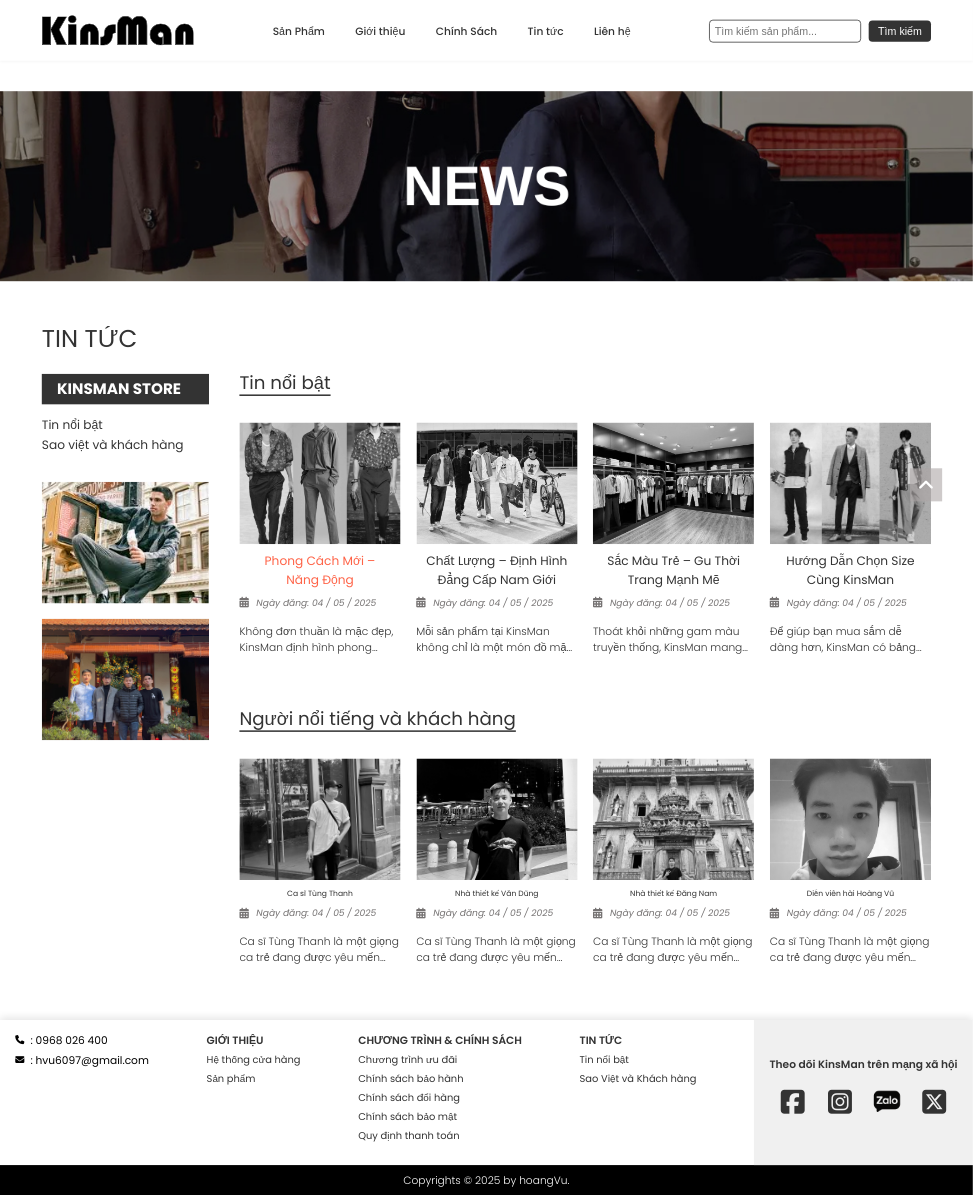
Repository: hoang28092000/kinsmanClothes
Page: category/news.html
An editor plug-in stored every save of this project. The page is shown before and after the next save, followed by the edit.
The browser window is 1280 px wide. The pictures show the whole page, at 76% of full size.
The pointer rests on the first visible `.name-news a`.

Above is the page before, as saved 2025-05-08 15:05:21.
Console error: TypeError: Cannot read properties of null (reading 'addEventListener')

### category/news.html
<!DOCTYPE html>
<html lang="en">
  <head>
    <meta charset="UTF-8" />
    <meta name="viewport" content="width=device-width, initial-scale=1.0" />
    <link rel="preconnect" href="https://fonts.googleapis.com" />
    <link rel="preconnect" href="https://fonts.gstatic.com" crossorigin />
    <link
      href="https://fonts.googleapis.com/css2?family=Poppins:ital,wght@0,100;0,200;0,300;0,400;0,500;0,600;0,700;0,800;0,900;1,100;1,200;1,300;1,400;1,500;1,600;1,700;1,800;1,900&display=swap"
      rel="stylesheet"
    />
    <link
      rel="stylesheet"
      href="https://cdnjs.cloudflare.com/ajax/libs/font-awesome/6.7.2/css/all.min.css"
      integrity="sha512-Evv84Mr4kqVGRNSgIGL/F/aIDqQb7xQ2vcrdIwxfjThSH8CSR7PBEakCr51Ck+w+/U6swU2Im1vVX0SVk9ABhg=="
      crossorigin="anonymous"
      referrerpolicy="no-referrer"
    />
    <link rel="stylesheet" href="../css/reset.css" />
    <link rel="stylesheet" href="../css/main.css" />
    <link rel="stylesheet" href="../css/product.css" />
    <title>KinsMan-Policy</title>
  </head>
  <body>
    <header class="header">
      <div class="container">
        <div class="content-header">
          <div class="logo">
            <a href="../index.html">
              <img
                src="../asset/logo/logo-kinsmann.svg"
                alt="KinsManClothes Logo"
              />
            </a>
          </div>
          <nav class="nav">
            <ul>
              <li><a href="./product.html">Sản Phẩm</a></li>
              <li><a href="./about-us.html">Giới thiệu</a></li>
              <li><a href="#">Chính Sách</a></li>
              <li><a href="./news.html">Tin tức</a></li>
              <li><a href="./contact.html">Liên hệ</a></li>
            </ul>
          </nav>
          <div class="search-box">
            <input type="text" placeholder="Tìm kiếm sản phẩm..." />
            <button type="submit">Tìm kiếm</button>
          </div>
        </div>
      </div>
    </header>

    <main class="main-news">
      <div class="banner-news">
        <img src="../asset/banner/banner-9.png" alt="" />
      </div>
      <div class="container">
        <h2 class="title-heading title-contact">TIN TỨC</h2>
        <div class="content-news">
          <div class="left">
            <h4>KINSMAN STORE</h4>
            <p>
              <a href="#featured-news">Tin nổi bật</a>
            </p>
            <p>
              <a href="#client">Sao việt và khách hàng</a>
            </p>
            <div class="mt40px">
              <div class="banner-left">
                <img src="../asset/image/md-1.jpg" alt="" />
              </div>
              <div class="banner-left">
                <img src="../asset/image/md-2.jpg" alt="" />
              </div>
            </div>
          </div>
          <div class="right">
            <div class="body-news" id="featured-news">
              <h3 class="blog-heading">Tin nổi bật</h3>
              <div class="list-news">
                <article class="card-news">
                  <a href="">
                    <div class="img-news">
                      <img src="../asset/image/news-4.png" alt="" />
                    </div>
                    <h3 class="name-news">
                      <a href=""> Phong Cách Mới – Năng Động </a>
                    </h3>
                  </a>
                  <div class="desc">
                    <div class="time-up">
                      <i class="fa-solid fa-calendar-days icon-time"></i>
                      <p class="desc-time">Ngày đăng: 04 / 05 / 2025</p>
                    </div>
                    <p class="desc_card-news">
                      Không đơn thuần là mặc đẹp, KinsMan định hình phong cách
                      mới cho nam giới hiện đại: trẻ trung, khỏe khoắn và luôn
                      sẵn sàng bứt phá. Từ áo thun basic đến sơ mi phối phá
                      cách, mọi thiết kế đều hướng tới sự năng động trong từng
                      chi tiết. Đặc biệt phù hợp với những chàng trai thích sự
                      đơn giản nhưng vẫn “ăn điểm” trước đám đông.
                    </p>
                  </div>
                </article>
                <article class="card-news">
                  <a href="">
                    <div class="img-news">
                      <img src="../asset/image/news-2.webp" alt="" />
                    </div>
                    <h3 class="name-news">
                      <a href=""> Chất Lượng – Định Hình Đẳng Cấp Nam Giới </a>
                    </h3>
                  </a>
                  <div class="desc">
                    <div class="time-up">
                      <i class="fa-solid fa-calendar-days icon-time"></i>
                      <p class="desc-time">Ngày đăng: 04 / 05 / 2025</p>
                    </div>
                    <p class="desc_card-news">
                      Mỗi sản phẩm tại KinsMan không chỉ là một món đồ mặc
                      ngoài, mà là một phần của giá trị cá nhân. Chất vải cao
                      cấp, form chuẩn và đường may tinh tế giúp tôn lên vóc dáng
                      nam tính. Đó là lý do vì sao KinsMan luôn được khách hàng
                      chọn mặt gửi vàng khi cần sự chỉn chu và đẳng cấp trong
                      từng set đồ – từ công sở đến tiệc tùng.
                    </p>
                  </div>
                </article>
                <article class="card-news">
                  <a href="">
                    <div class="img-news">
                      <img src="../asset/image/news-3.jpg" alt="" />
                    </div>
                    <h3 class="name-news">
                      <a href=""> Sắc Màu Trẻ – Gu Thời Trang Mạnh Mẽ </a>
                    </h3>
                  </a>
                  <div class="desc">
                    <div class="time-up">
                      <i class="fa-solid fa-calendar-days icon-time"></i>
                      <p class="desc-time">Ngày đăng: 04 / 05 / 2025</p>
                    </div>
                    <p class="desc_card-news">
                      Thoát khỏi những gam màu truyền thống, KinsMan mang đến bộ
                      sưu tập với tông màu hiện đại, trẻ trung nhưng không mất
                      đi vẻ mạnh mẽ. Từ xanh navy, beige, olive đến đen tuyền –
                      mỗi màu sắc đều phản ánh gu thẩm mỹ cá tính và phong cách
                      riêng của người mặc. Bạn muốn nổi bật nhưng không lố? Hãy
                      để sắc màu KinsMan giúp bạn làm điều đó.
                    </p>
                  </div>
                </article>
                <article class="card-news">
                  <a href="">
                    <div class="img-news">
                      <img src="../asset/image/news-1.jpeg" alt="" />
                    </div>
                    <h3 class="name-news">
                      <a href="">
                        Hướng Dẫn Chọn Size Cùng KinsMan
                      </a>
                    </h3>
                  </a>
                  <div class="desc">
                    <div class="time-up">
                      <i class="fa-solid fa-calendar-days icon-time"></i>
                      <p class="desc-time">Ngày đăng: 04 / 05 / 2025</p>
                    </div>
                    <p class="desc_card-news">
                      Để giúp bạn mua sắm dễ dàng hơn, KinsMan có bảng size
                      chuẩn quốc tế và đội ngũ hỗ trợ chọn size theo số đo cơ
                      thể. Chỉ cần biết chiều cao và cân nặng, bạn sẽ được tư
                      vấn ngay size phù hợp (S – M – L – XL...). Ngoài ra, nếu
                      không vừa, bạn có thể đổi size trong 7 ngày mà không mất
                      phí
                    </p>
                  </div>
                </article>
              </div>
            </div>
            <div class="body-news" id="client">
              <h3 class="blog-heading">Người nổi tiếng và khách hàng</h3>
              <div class="list-news">
                <article class="card-news">
                  <a href="">
                    <div class="img-news">
                      <img src="../asset/image/celep-1.jpg" alt="" />
                    </div>
                    <h3 class="name-news">Ca sĩ Tùng Thanh</h3>
                  </a>
                  <div class="desc">
                    <div class="time-up">
                      <i class="fa-solid fa-calendar-days icon-time"></i>
                      <p class="desc-time">Ngày đăng: 04 / 05 / 2025</p>
                    </div>
                    <p class="desc_card-news">
                        Ca sĩ Tùng Thanh là một giọng ca trẻ đang được yêu mến trong dòng nhạc dân ca Quan họ Bắc Ninh – một trong những di sản văn hóa phi vật thể của Việt Nam. Với chất giọng ngọt ngào, đầy cảm xúc và kỹ thuật xử lý tinh tế, Tùng Thanh không chỉ giữ được hồn cốt của Quan họ cổ truyền mà còn biết cách thổi vào đó hơi thở đương đại, mang đến cho khán giả cảm giác vừa quen thuộc, vừa mới lạ
                    </p>
                  </div>
                </article>
                <article class="card-news">
                  <a href="">
                    <div class="img-news">
                      <img src="../asset/image/celep-3.jpg" alt="" />
                    </div>
                    <h3 class="name-news">Nhà thiết kế Văn Dũng</h3>
                  </a>
                  <div class="desc">
                    <div class="time-up">
                      <i class="fa-solid fa-calendar-days icon-time"></i>
                      <p class="desc-time">Ngày đăng: 04 / 05 / 2025</p>
                    </div>
                    <p class="desc_card-news">
                        Ca sĩ Tùng Thanh là một giọng ca trẻ đang được yêu mến trong dòng nhạc dân ca Quan họ Bắc Ninh – một trong những di sản văn hóa phi vật thể của Việt Nam. Với chất giọng ngọt ngào, đầy cảm xúc và kỹ thuật xử lý tinh tế, Tùng Thanh không chỉ giữ được hồn cốt của Quan họ cổ truyền mà còn biết cách thổi vào đó hơi thở đương đại, mang đến cho khán giả cảm giác vừa quen thuộc, vừa mới lạ
                    </p>
                  </div>
                </article>
                <article class="card-news">
                  <a href="">
                    <div class="img-news">
                      <img src="../asset/image/celep-5.jpg" alt="" />
                    </div>
                    <h3 class="name-news">Nhà thiết kế Đăng Nam</h3>
                  </a>
                  <div class="desc">
                    <div class="time-up">
                      <i class="fa-solid fa-calendar-days icon-time"></i>
                      <p class="desc-time">Ngày đăng: 04 / 05 / 2025</p>
                    </div>
                    <p class="desc_card-news">
                        Ca sĩ Tùng Thanh là một giọng ca trẻ đang được yêu mến trong dòng nhạc dân ca Quan họ Bắc Ninh – một trong những di sản văn hóa phi vật thể của Việt Nam. Với chất giọng ngọt ngào, đầy cảm xúc và kỹ thuật xử lý tinh tế, Tùng Thanh không chỉ giữ được hồn cốt của Quan họ cổ truyền mà còn biết cách thổi vào đó hơi thở đương đại, mang đến cho khán giả cảm giác vừa quen thuộc, vừa mới lạ
                    </p>
                  </div>
                </article>
                <article class="card-news">
                  <a href="">
                    <div class="img-news">
                      <img src="../asset/image/celep-7.jpg" alt="" />
                    </div>
                    <h3 class="name-news">Diễn viên hài Hoàng Vũ</h3>
                  </a>
                  <div class="desc">
                    <div class="time-up">
                      <i class="fa-solid fa-calendar-days icon-time"></i>
                      <p class="desc-time">Ngày đăng: 04 / 05 / 2025</p>
                    </div>
                    <p class="desc_card-news">
                        Ca sĩ Tùng Thanh là một giọng ca trẻ đang được yêu mến trong dòng nhạc dân ca Quan họ Bắc Ninh – một trong những di sản văn hóa phi vật thể của Việt Nam. Với chất giọng ngọt ngào, đầy cảm xúc và kỹ thuật xử lý tinh tế, Tùng Thanh không chỉ giữ được hồn cốt của Quan họ cổ truyền mà còn biết cách thổi vào đó hơi thở đương đại, mang đến cho khán giả cảm giác vừa quen thuộc, vừa mới lạ
                    </p>
                  </div>
                </article>
              </div>
            </div>
          </div>
        </div>
      </div>
    </main>
    <footer class="footer">
      <div class="content-footer">
        <ul class="info-footer">
          <li class="contact-footer">
            <i class="fa-solid fa-phone icon-footer"></i>
            <p>: 0968 026 400</p>
          </li>
          <li class="contact-footer">
            <i class="fa-solid fa-envelope icon-footer"></i>
            <p>: hvu6097@gmail.com</p>
          </li>
        </ul>
        <ul class="info-footer">
          <li class="title-footer">GIỚI THIỆU</li>
          <li>
            <a href="./about-us.html"> Hệ thống cửa hàng </a>
          </li>
          <li>
            <a href="#"> Sản phẩm </a>
          </li>
        </ul>
        <ul class="info-footer">
          <li class="title-footer">CHƯƠNG TRÌNH & CHÍNH SÁCH</li>
          <li>
            <a href="./policy.html">Chương trình ưu đãi</a>
          </li>
          <li>
            <a href="./policy.html">Chính sách bảo hành</a>
          </li>
          <li>
            <a href="./policy.html">Chính sách đổi hàng</a>
          </li>
          <li>
            <a href="./policy.html">Chính sách bảo mật</a>
          </li>
          <li>
            <a href="./policy.html">Quy định thanh toán</a>
          </li>
        </ul>
        <ul class="info-footer">
          <li class="title-footer">TIN TỨC</li>
          <li>
            <a href="./news.html">Tin nổi bật</a>
          </li>
          <li>
            <a href="./news.html">Sao Việt và Khách hàng</a>
          </li>
        </ul>
        <ul class="footer-social">
          <li class="title-footer">Theo dõi KinsMan trên mạng xã hội</li>
          <li class="links-social">
            <a href="https://www.facebook.com/profile.php?id=100008725181742">
              <i class="fa-brands fa-square-facebook icon-social"></i>
            </a>
            <a href="https://www.instagram.com/hoagkins/"
              ><i class="fa-brands fa-square-instagram icon-social"></i
            ></a>
            <a href="zalo.me/0968026400"
              ><img
                src="../asset/icon/icon-zalo2.png"
                class="img-zalo"
                alt="ZALO"
            /></a>
            <a href="https://x.com/kinsman2809"
              ><i class="fa-brands fa-square-x-twitter icon-social"></i
            ></a>
          </li>
        </ul>
      </div>
      <div class="copy_right">
        <h3>Copyrights © 2025 by hoangVu.</h3>
      </div>
    </footer>

    <div class="up-page">
      <a href="#"><i class="fa-solid fa-angle-up icon-up"></i></a>
    </div>

    <script src="./js/main.js"></script>
  </body>
</html>

### css/product.css
.main-product {
  margin-top: 80px;
}
.banner-product {
  width: 100%;
  height: 250px;
}
.banner-product img {
  width: 100%;
  height: 100%;
}
.category-product {
  margin-bottom: 70px;
}

.list-product {
  display: flex;
  justify-content: space-between;
  align-items: center;
  gap: 30px;
}
.product-link {
  text-decoration: none;
}
.product-card {
  width: 288px;
}
.img-product {
  width: 100%;
  height: 290px;
  overflow: hidden;
}
.img-product img {
  width: 100%;
  height: 100%;
  transition: transform 0.3s ease;
}
.img-product img:hover {
  transform: scale(1.1);
}
.info-card {
  padding: 10px 20px;
}
.info-card h3 {
  text-align: center;
  font-size: 1.6rem;
  color: var(--text-color);
}
.price {
  font-size: 1.4rem;
  color: var(--primary-color);
  font-weight: 600;
  text-align: center;
  margin-top: 8px;
}
.more-product {
  width: 160px;
  height: 40px;
  display: flex;
  justify-content: center;
  align-items: center;
  margin: 30px auto 0;
  background-color: #333;
  color: #fff;
  text-decoration: none;
  font-size: 1.4rem;
  border: 1px solid #333;
  transition: all 0.7s ease;
  border-radius: 5px;
}
.more-product:hover {
  background-color: #fff;
  color: #333;
}
.banner-main_second {
  width: 100%;
  height: 250px;
}

.banner-main_second img {
  width: 100%;
  height: 100%;
}

/* main_about-us */
.main-news,
.main-contact,
.main-policy,
.main_about-us {
  margin-top: 120px;
}
.content-policy .passage,
.content_about-us .passage {
  margin-bottom: 32px;
}
.content-policy h3,
.content_about-us h3 {
  font-size: 1.8rem;
  font-weight: 500;
  color: var(--text-color);
  line-height: 1.76;
  margin-bottom: 12px;
}
.content-policy p,
.content_about-us p {
  font-size: 1.6rem;
  color: #333;
  line-height: 1.85;
  margin-bottom: 10px;
  text-align: justify;
}

.map {
  position: relative;
  width: 100%;
  height: 400px;
  margin-top: 40px;
}
.map a {
  text-decoration: none;
}
.map img {
  width: 100%;
  height: 100%;
  object-fit: cover;
}
.overlay-map {
  position: absolute;
  top: 0;
  bottom: 0;
  right: 0;
  left: 0;
  display: none;
  background-color: rgba(73, 71, 71, 0.4);
}
.overlay-map h3 {
  font-size: 2.8rem;
  color: #fff;
}

.map:hover .overlay-map {
  display: flex;
  justify-content: center;
  align-items: center;
}

/* policy */
.content-policy ul {
  padding-left: 30px;
  list-style-type: disc;
}
.content-policy li {
  font-size: 1.6rem;
  color: #333;
  margin-bottom: 16px;
}
/* contact */
.banner-contact {
  width: 100%;
  height: 250px;
}
.banner-contact img {
  width: 100%;
  height: 100%;
  object-fit: cover;
}
.content-contact {
  margin-top: 70px;
}
.info-contact {
  display: flex;
  justify-content: space-between;
  align-items: center;
  gap: 60px;
}
.info-contact .left,
.info-contact .right {
  width: 550px;
}
.info-contact .left {
  padding: 20px 0;
}
.item-contact {
  display: flex;
  align-items: center;
  gap: 10px;
  margin-bottom: 20px;
}
.item-contact:last-child {
  margin-bottom: 0;
}
.item-contact i {
  font-size: 1.6rem;
  color: #333;
}
.item-contact p {
  font-size: 1.6rem;
  font-weight: 300;
  color: #333;
}

.info-contact .right img {
  width: 100%;
}
.map-contact {
  height: 250px;
}
.title-contact {
  text-align: start;
  margin-bottom: 30px;
}

/* news */
.banner-news {
  width: 100%;
  height: 250px;
  margin-bottom: 60px;
}
.banner-news img {
  width: 100%;
  height: 100%;
  object-fit: cover;
}
.content-news {
  display: flex;
  justify-content: space-between;
}
.content-news .left {
  width: 220px;
}

.content-news .left h4 {
  width: 100%;
  font-size: 2rem;
  color: #fff;
  font-weight: 700;
  background-color: #333;
  padding: 10px 20px;
  margin-bottom: 20px;
}

.content-news .left p{
  margin-bottom: 10px;
}
.content-news .left a {
  text-decoration: none;
  font-size: 1.6rem;
  color: #333;
}
.content-news .left a:hover {
  text-decoration: underline;
}

.content-news .right {
  flex: 1;
  margin-left: 40px;
}
.blog-heading {
  font-size: 2.4rem;
  color: #333;
  text-decoration: underline;
  text-underline-offset: 7px;
  text-decoration-thickness: 2px;
  margin-bottom: 40px;
}
.list-news {
  display: grid;
  grid-template-columns: repeat(4, 212px);
  gap: 20px;
}
.list-news .card-news {
  width: 100%;
}

.list-news .img-news {
  width: 100%;
  height: 160px;
  overflow: hidden;
}
.list-news .img-news img {
  width: 100%;
  height: 100%;
  object-fit: cover;
  transition: transform 0.3s ease;
}
.list-news .img-news img:hover {
  transform: scale(1.1);
}
.name-news {
  text-align: center;
  padding: 10px;
  line-height: 1.57;
}
.name-news a {
  font-size: 1.6rem;
  color: #333;
  text-decoration: none;
}

.name-news a:hover {
  color: var(--primary-color);
}
.time-up {
  display: flex;
  align-items: center;
  gap: 10px;
  margin-bottom: 20px;
}
.icon-time {
  font-size: 1.4rem;
  color: #757272;
}
.desc-time {
  font-style: italic;
  color: #757272;
  font-size: 1.2rem;
}
.desc_card-news {
  display: -webkit-box;
  -webkit-line-clamp: 2;
  -webkit-box-orient: vertical;
  overflow: hidden;
  text-overflow: ellipsis;
  font-size: 1.4rem;
  color: #333;
  font-weight: 300;
  line-height: 1.57;
}

#client{
  margin-top: 70px;
}
.content-news .banner-left{
  width: 100%;
  height: 160px;
  overflow: hidden;
  margin-bottom: 20px;
}

.content-news .banner-left img{
  width: 100%;
  height: 100%;
  object-fit: cover;
  transition: transform 0.3s ease;
}
.content-news .banner-left img:hover{
  transform: scale(1.1);
}
.mt40px{
  margin-top: 40px;
}

Loaded but not shown: css/reset.css (common file); js/main.js (19 lines, source omitted); css/main.css (480 lines, source omitted)

After the next save:
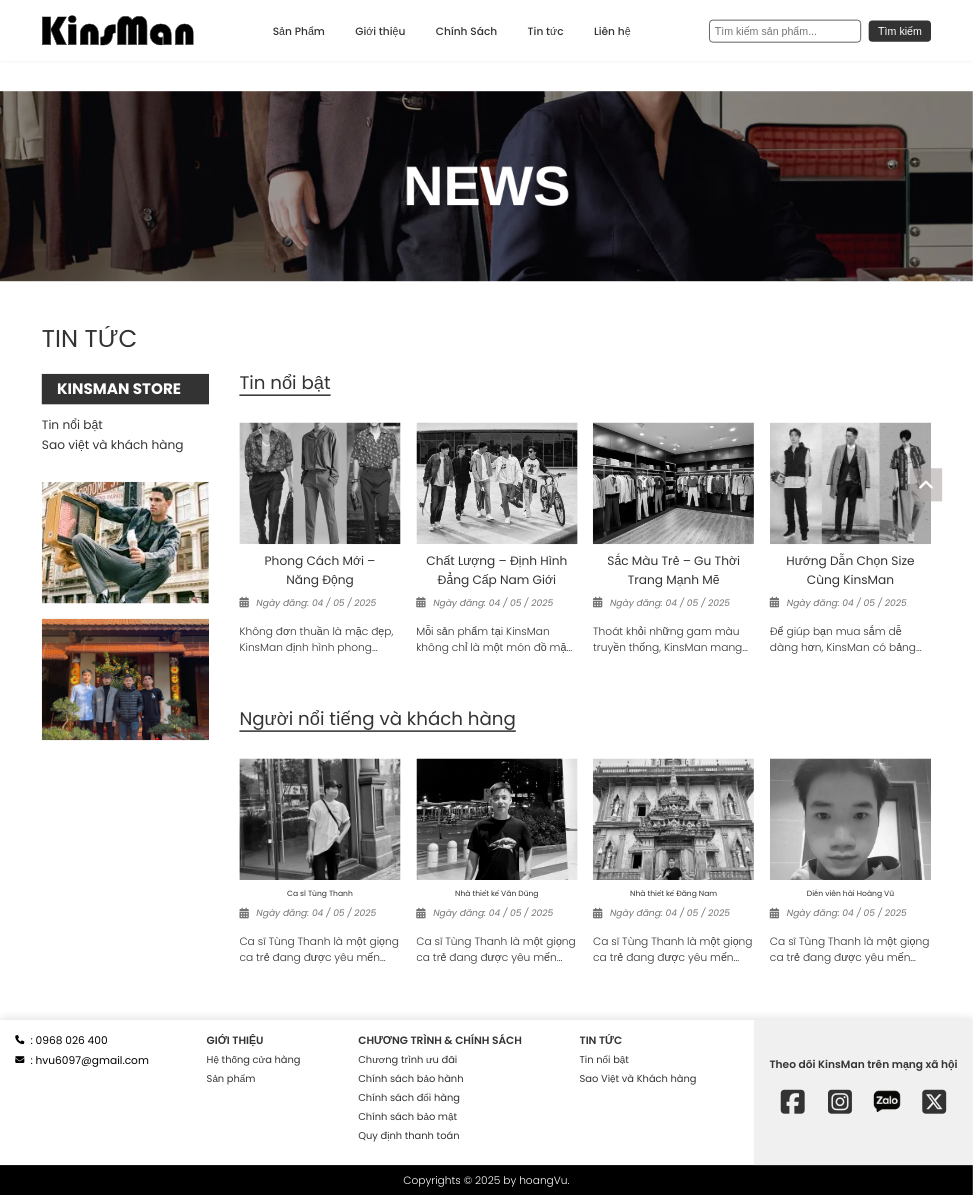
Saved 19 s later.
--- a/css/product.css
+++ b/css/product.css
@@ -297,9 +297,6 @@
   text-decoration: none;
 }
 
-.name-news a:hover {
-  color: var(--primary-color);
-}
 .time-up {
   display: flex;
   align-items: center;
